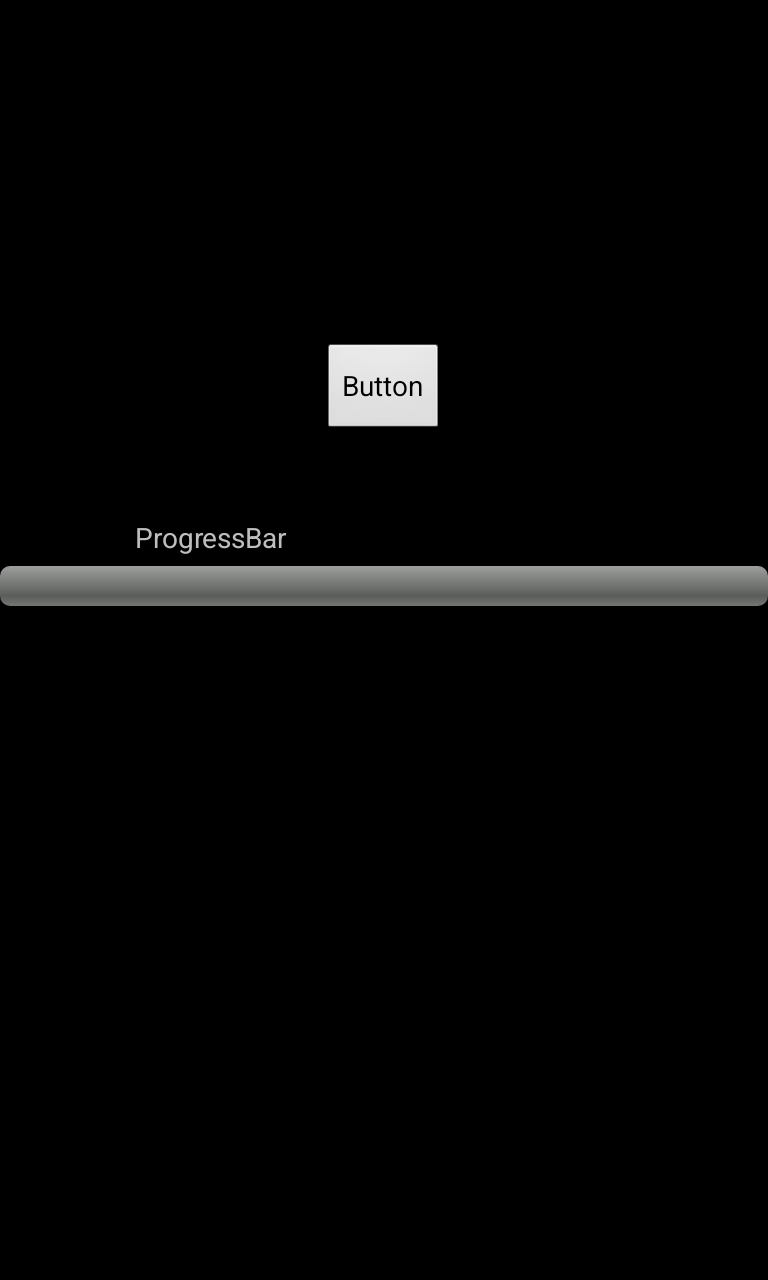
Repository: yogeshwar1996/android-app
Layout: Hour21Audio/res/layout/activity_main.xml
An editor plug-in stored every save of this project. The layout is shown before and after the next save, followed by the edit.
It is drawn on a 768 x 1280 px phone screen (xhdpi) without system bars, with theme android:Theme; the app's code is not run.

Above is the layout before, as saved 2016-07-10 04:00:48.

### Hour21Audio/res/layout/activity_main.xml
<RelativeLayout xmlns:android="http://schemas.android.com/apk/res/android"
    xmlns:tools="http://schemas.android.com/tools"
    android:layout_width="match_parent"
    android:layout_height="match_parent"
    tools:context=".MainActivity" >

        <Button
            android:id="@+id/button1"
            android:layout_width="wrap_content"
            android:layout_height="wrap_content"
            android:layout_alignParentTop="true"
            android:layout_centerHorizontal="true"
            android:layout_marginTop="171dp"
            android:text="Button" />


        <ProgressBar
            android:id="@+id/progressBar2"
            style="?android:attr/progressBarStyleHorizontal"
            android:layout_width="fill_parent"
            android:layout_height="wrap_content"
            android:layout_alignParentLeft="true"
            android:layout_below="@+id/button1"
            android:layout_marginTop="64dp" />

        <TextView
            android:id="@+id/textView1"
            android:layout_width="wrap_content"
            android:layout_height="wrap_content"
            android:layout_below="@+id/button1"
            android:layout_marginRight="17dp"
            android:layout_toLeftOf="@+id/button1"
            android:paddingTop="40dp"
            android:text="ProgressBar"
            android:textAppearance="?android:attr/textAppearanceSmall" />

</RelativeLayout>

After the next save:
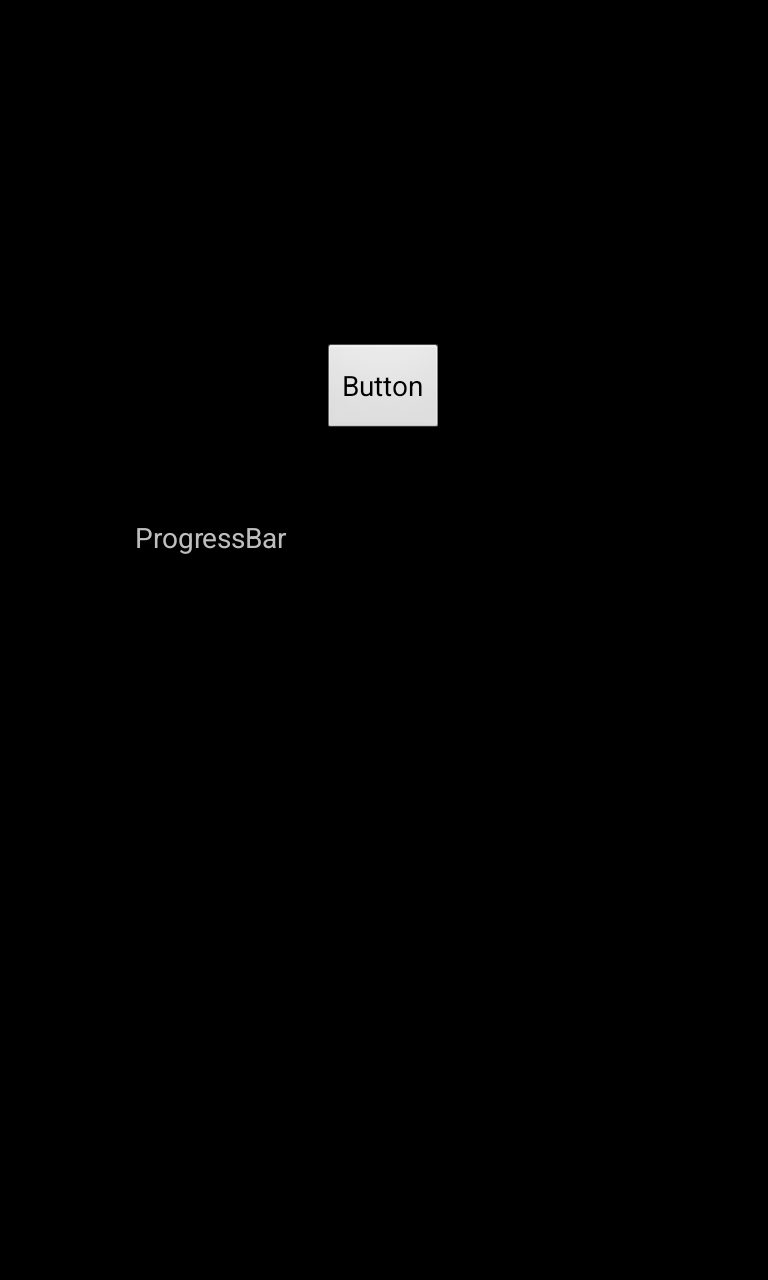
Saved 16 min 21 s later.
--- a/Hour21Audio/res/layout/activity_main.xml
+++ b/Hour21Audio/res/layout/activity_main.xml
@@ -14,14 +14,6 @@
             android:text="Button" />
 
 
-        <ProgressBar
-            android:id="@+id/progressBar2"
-            style="?android:attr/progressBarStyleHorizontal"
-            android:layout_width="fill_parent"
-            android:layout_height="wrap_content"
-            android:layout_alignParentLeft="true"
-            android:layout_below="@+id/button1"
-            android:layout_marginTop="64dp" />
 
         <TextView
             android:id="@+id/textView1"
